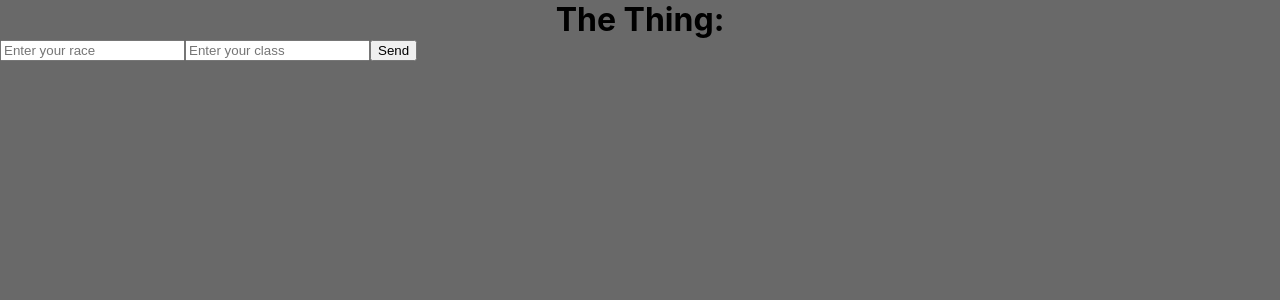
Repository: DnDnDiffusion/Front-end
Page: /
The author's editor kept a copy of each file at every save. The page is drawn from the files as they stood at one save, then again after the next save.
The browser window is 1280 px wide. The pictures show the whole page.
The project was rebuilt for these pictures with package versions that can differ from the ones it lists, and the page was loaded fresh each time. The framework's server and built-in components were replaced by stand-ins that run in the browser. Also part of the build but not shown: next.config.js.

Above is the page before, as saved 2022-12-18 00:07:56.

### pages/index.js
import Head from "next/head";
import Image from "next/image";
import { useState } from "react";

export default function Home() {
  const [data, setData] = useState({
    race: "",
    class: "",
  });
  const [imageProcessing, setImageProcessing] = useState(false); //processing state ie. loading...
  const [error, setError] = useState(null); //error msg
  const [imageResult, setImageResult] = useState(null); //url

  const setValue = (e) => {
    setData({ ...data, [e.target.name]: e.target.value });
  };

  const send = async () => {
    setImageProcessing(true);
    console.log("data: ", data);
    //send req to backend with data to get the goods
    let result = await fetch("/api/getImage", {
      method: "POST",
      headers: {
        "Content-Type": "application/json",
        Accept: "application/json",
      },
      body: JSON.stringify({
        data: data,
      }),
    }); //result is given as a URL in S3 bucket or smth
    result = await result.json();
    if (result.error) setError(result.error);
    console.log("result from image processing", result);
    setImageResult(result);
    setImageProcessing(false);
  };

  return (
    <div>
      <h1>The Thing:</h1>
      {/* input takes in text for now, but eventually allows a .pdf upload */}
      {/* <form method="post"> */}
      <input
        onChange={(e) => setValue(e)}
        type="text"
        name="race"
        placeholder="Enter your race"
      />
      <input
        onChange={(e) => setValue(e)}
        type="text"
        name="class"
        placeholder="Enter your class"
      />
      <button onClick={send} type="submit" name="submit">
        {imageProcessing ? "Waiting for image..." : "Send"}
      </button>

      {imageResult && (
        <img src={imageResult.imageUrl} alt={"its your image!"} />
      )}
    </div>
  );
}

### styles/globals.css
html,
body {
  padding: 0;
  margin: 0;
  background-color: dimgray;
  font-family: -apple-system, BlinkMacSystemFont, Segoe UI, Roboto, Oxygen,
    Ubuntu, Cantarell, Fira Sans, Droid Sans, Helvetica Neue, sans-serif;
}

a {
  color: inherit;
  text-decoration: none;
}

* {
  box-sizing: border-box;
}

@media (prefers-color-scheme: dark) {
  html {
    color-scheme: dark;
  }
  body {
    color: white;
    background: black;
  }
}

h1 {
  margin: auto;
  text-align: center;
}

#inputs {
  text-align: center;
}

#imagegeneration {
  display: inline-block;
  text-align: center;
  border-style: solid;
  margin: 0 auto;
  padding: 10px;
  display: flex;
  flex-direction: column;
  max-width: 50%;
}

.div-child {
  margin: 0 auto;
  width: 100%;
  height: auto;
}

#bodytype {
  margin: 0 auto;
  text-align: center;
}

### utils/web3utils.js
import { NFTStorage, File } from "nft.storage";

const token = process.env.NEXT_PUBLIC_NFT_STORAGE;

// takes in base64 binary image data
async function avatarNFTSTORAGE(someBinaryImageData) {
  debugger;
  console.log(someBinaryImageData);
  const client = new NFTStorage({ token: token });

  console.log(client);
  const someData = new Blob([someBinaryImageData]);
  // const imageFile = new File([someBinaryImageData], "nft.png", {
  //   type: "image/png",
  // });
  // const cid = await client.storeDirectory([imageFile]);
  // console.log(imageFile, cid);
  const cid = await client.storeBlob(someData);
  // const metadata = await client.store({
  //   name: "D&D Diffusion Avatar",
  //   description: "Just try to funge it. You can't do it.",
  //   image: imageFile,
  // });
  return cid;
}

module.exports = { avatarNFTSTORAGE };

Loaded but not shown: pages/_app.js (common file)

After the next save:
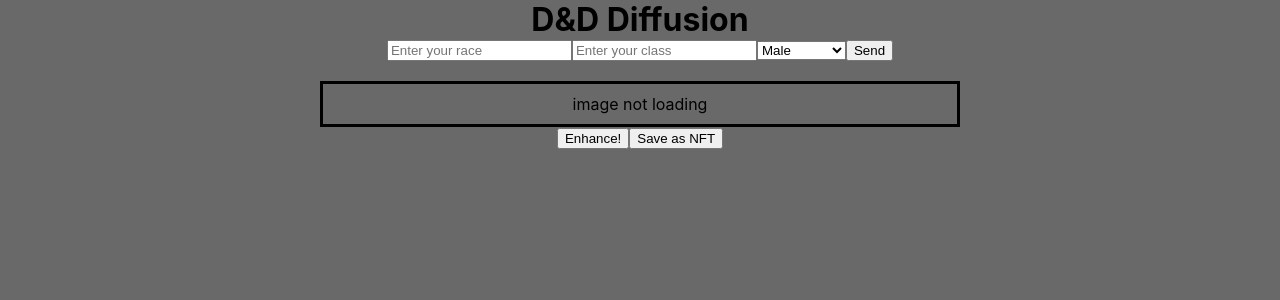
Saved 26 min 26 s later.
--- a/pages/index.js
+++ b/pages/index.js
@@ -1,6 +1,8 @@
-import Head from "next/head";
+// import Head from "next/head";
 import Image from "next/image";
-import { useState } from "react";
+import { useState, useEffect } from "react";
+import { avatarNFTSTORAGE } from "../utils/web3utils";
+import elfImage from "../public/elf-3600557344.png";
 
 export default function Home() {
   const [data, setData] = useState({
@@ -10,56 +12,115 @@ export default function Home() {
   const [imageProcessing, setImageProcessing] = useState(false); //processing state ie. loading...
   const [error, setError] = useState(null); //error msg
   const [imageResult, setImageResult] = useState(null); //url
+  const [nftStorageProcessing, setNftStorageProcessing] = useState(false); //processing state ie. loading...
+  const [CID, setCID] = useState(null); //url
 
   const setValue = (e) => {
     setData({ ...data, [e.target.name]: e.target.value });
   };
 
+  // const send = async () => {
+  //   setImageProcessing(true);
+  //   console.log("data: ", data);
+  //   //send req to backend with data to get the goods
+  //   let result = await fetch("/api/getImage", {
+  //     method: "POST",
+  //     headers: {
+  //       "Content-Type": "application/json",
+  //       Accept: "application/json",
+  //     },
+  //     body: JSON.stringify({
+  //       data: data,
+  //     }),
+  //   }); //result is given as a URL in S3 bucket or smth
+  //   result = await result.json();
+  //   if (result.error) setError(result.error);
+  //   console.log("result from image processing", result);
+  //   setImageResult(result);
+  //   setImageProcessing(false);
+  // };
   const send = async () => {
     setImageProcessing(true);
-    console.log("data: ", data);
-    //send req to backend with data to get the goods
-    let result = await fetch("/api/getImage", {
-      method: "POST",
-      headers: {
-        "Content-Type": "application/json",
-        Accept: "application/json",
-      },
-      body: JSON.stringify({
-        data: data,
-      }),
-    }); //result is given as a URL in S3 bucket or smth
-    result = await result.json();
-    if (result.error) setError(result.error);
-    console.log("result from image processing", result);
-    setImageResult(result);
+  };
+
+  const changeIt = async () => {
     setImageProcessing(false);
+  };
+  useEffect(() => {
+    if (imageProcessing) {
+      console.log(imageProcessing);
+      setTimeout(changeIt, 3000);
+    }
+  }, [imageProcessing]);
+
+  const storeImage = async () => {
+    setNftStorageProcessing(true);
+    const cid = await avatarNFTSTORAGE(imageResult.imageUrl);
+    setNftStorageProcessing(false);
+    setCID(cid);
   };
 
   return (
-    <div>
-      <h1>The Thing:</h1>
+    <div id="bodytype">
+      <h1>D&D Diffusion</h1>
       {/* input takes in text for now, but eventually allows a .pdf upload */}
       {/* <form method="post"> */}
-      <input
-        onChange={(e) => setValue(e)}
-        type="text"
-        name="race"
-        placeholder="Enter your race"
-      />
-      <input
-        onChange={(e) => setValue(e)}
-        type="text"
-        name="class"
-        placeholder="Enter your class"
-      />
-      <button onClick={send} type="submit" name="submit">
-        {imageProcessing ? "Waiting for image..." : "Send"}
-      </button>
+      <div id="inputs">
+        <input
+          onChange={(e) => setValue(e)}
+          type="text"
+          name="race"
+          placeholder="Enter your race"
+        />
+        <input
+          onChange={(e) => setValue(e)}
+          type="text"
+          name="class"
+          placeholder="Enter your class"
+        />
+        <select id="gender" name="gender">
+          <option value="Male">Male</option>
+          <option value="Female">Female</option>
+          <option value="Non-Binary">Non-Binary</option>
+        </select>
 
-      {imageResult && (
-        <img src={imageResult.imageUrl} alt={"its your image!"} />
-      )}
+        <button onClick={send} type="submit" name="submit">
+          {imageProcessing ? "Waiting for image..." : "Send"}
+        </button>
+      </div>
+      <br></br>
+      <div id="imagegeneration">
+        {imageProcessing ? (
+          <Image
+            // src="https://media.tenor.com/43s33wGTNo0AAAAC/sweating-nervous.gif"
+            src="0.jpeg"
+            alt="on my way"
+            width={256}
+            height={256}
+          />
+        ) : (
+          "image not loading"
+        )}
+        {imageResult && (
+          <>
+            <div class="div-child">
+              <Image src={imageResult.imageUrl} alt={"its your image!"} />
+            </div>
+            <div class="div-child">
+              {nftStorageProcessing ? (
+                <p>Waiting for NFT Storage...</p>
+              ) : (
+                <button onClick={storeImage}>Store Image</button>
+              )}
+            </div>
+          </>
+        )}
+      </div>
+      {CID && <p>Image stored at CID: {CID}</p>}
+      <div id="inputs">
+        <button type="button">Enhance!</button>
+        <button type="button">Save as NFT</button>
+      </div>
     </div>
   );
 }
